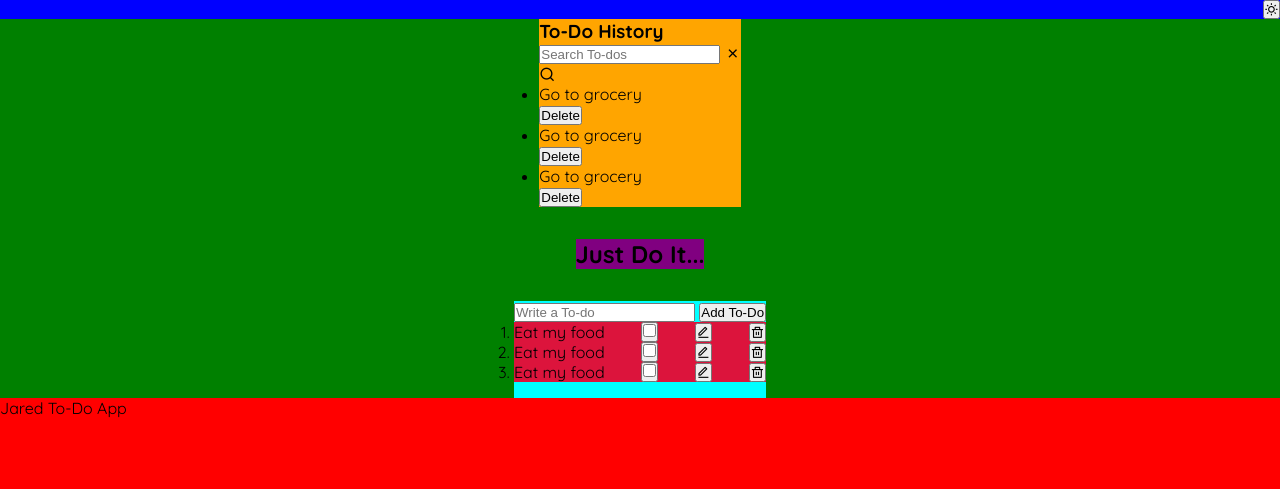
Repository: EguJaredoBoyd/Jared-ToDo-App
Page: main.html
The author's editor kept a copy of each file at every save. The page is drawn from the files as they stood at one save, then again after the next save.
The browser window is 1280 px wide. The pictures show the whole page.
Some web libraries are served in a nearby version.

Above is the page before, as saved 2025-12-23 17:04:13.
Not found: js/to-do.j

### main.html
<!DOCTYPE html>
<html lang="en">
  <head>
    <meta charset="UTF-8" />
    <meta name="viewport" content="width=device-width, initial-scale=1.0" />
    <title>Document</title>
    <link
      href="https://cdn.jsdelivr.net/npm/remixicon@4.7.0/fonts/remixicon.css"
      rel="stylesheet"
    />
    <link rel="preconnect" href="https://fonts.googleapis.com" />
    <link rel="preconnect" href="https://fonts.gstatic.com" crossorigin />
    <link
      href="https://fonts.googleapis.com/css2?family=Quicksand:wght@300..700&display=swap"
      rel="stylesheet"
    />
    <link rel="stylesheet" href="./css/main.css" />
    <script src="./js/to-do.j" defer></script>
  </head>

  <body>
    <div class="body__todo-wrapper">
      <header>
        <button><i class="ri-sun-line"></i></button>
      </header>

      <main>
        <section class="todo-history">
          <div>
            <h3>To-Do History</h3>
          </div>
          <div>
            <div>
              <input type="text" placeholder="Search To-dos " />
              <i class="ri-close-line"></i>
            </div>
            <i class="ri-search-line"></i>
          </div>
          <div>
            <ul>
              <div>
                <li>Go to grocery</li>
                <button>Delete</button>
              </div>
              <div>
                <li>Go to grocery</li>
                <button>Delete</button>
              </div>
              <div>
                <li>Go to grocery</li>
                <button>Delete</button>
              </div>
            </ul>
          </div>
        </section>

        <section class="todo-title">
          <div>
            <h2>Just Do It...</h2>
          </div>
        </section>

        <section class="todo-add-task">
          <div class="To-Do">
            <input type="text" id="to-do" placeholder="Write a To-do" />
            <button id="add-task">Add To-Do</button>

            <ol id="task-show" class="task-list">
              <div class="ol__list">
                <li>Eat my food</li>
                <button>
                  <input type="checkbox" name="checkbox" id="checkbox" />
                </button>
                <button><i class="ri-edit-line"></i></button>
                <button><i class="ri-delete-bin-line"></i></button>
              </div>
              <div class="ol__list">
                <li>Eat my food</li>
                <button>
                  <input type="checkbox" name="checkbox" id="checkbox" />
                </button>
                <button><i class="ri-edit-line"></i></button>
                <button><i class="ri-delete-bin-line"></i></button>
              </div>
              <div class="ol__list">
                <li>Eat my food</li>
                <button>
                  <input type="checkbox" name="checkbox" id="checkbox" />
                </button>
                <button><i class="ri-edit-line"></i></button>
                <button><i class="ri-delete-bin-line"></i></button>
              </div>
            </ol>
          </div>
        </section>
      </main>

      <footer>
        <div>Jared To-Do App</div>
      </footer>
    </div>
  </body>
</html>

### css/main.css
*,
*::before,
*::after {
  box-sizing: border-box;
  margin: 0;
  padding: 0;
}

:root {
  /* My project colours to use */
  --primary-color: #21295c;
  --secondary-color: #ffffff;

  /* My font size to use */
  --font-base: 16px;

  /* My spaces to use */
}

html {
  font-size: var(--font-base);
}

body {
  font-family: "Quicksand", sans-serif;
  background-color: red;
  max-width: 100vw;
  max-height: 100vh;
}

.body__todo-wrapper header {
  display: flex;
  justify-content: end;
  align-items: center;
  background-color: blue;
}

main {
  display: flex;
  flex-direction: column;
  justify-content: center;
  align-items: center;
  background-color: green;
  gap: 2rem;
  width: 100vw;
}

.todo-history {
  background-color: orange;
}

.todo-title {
  background-color: purple;
}

.todo-add-task {
  background-color: aqua;
}

.task-list {
  margin-bottom: 1rem;
  background-color: chartreuse;
}

.ol__list {
  display: flex;
  justify-content: space-between;
  align-items: center;
  background-color: crimson;
}

After the next save:
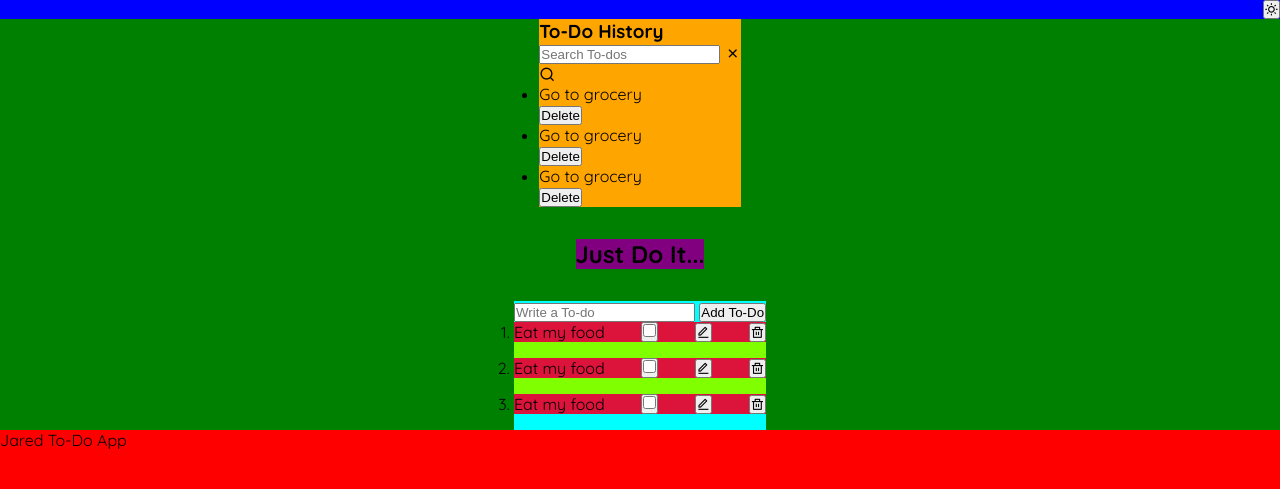
Saved 35 s later.
--- a/css/main.css
+++ b/css/main.css
@@ -58,7 +58,6 @@ main {
 }
 
 .task-list {
-  margin-bottom: 1rem;
   background-color: chartreuse;
 }
 
@@ -66,5 +65,6 @@ main {
   display: flex;
   justify-content: space-between;
   align-items: center;
+  margin-bottom: 1rem;
   background-color: crimson;
 }
